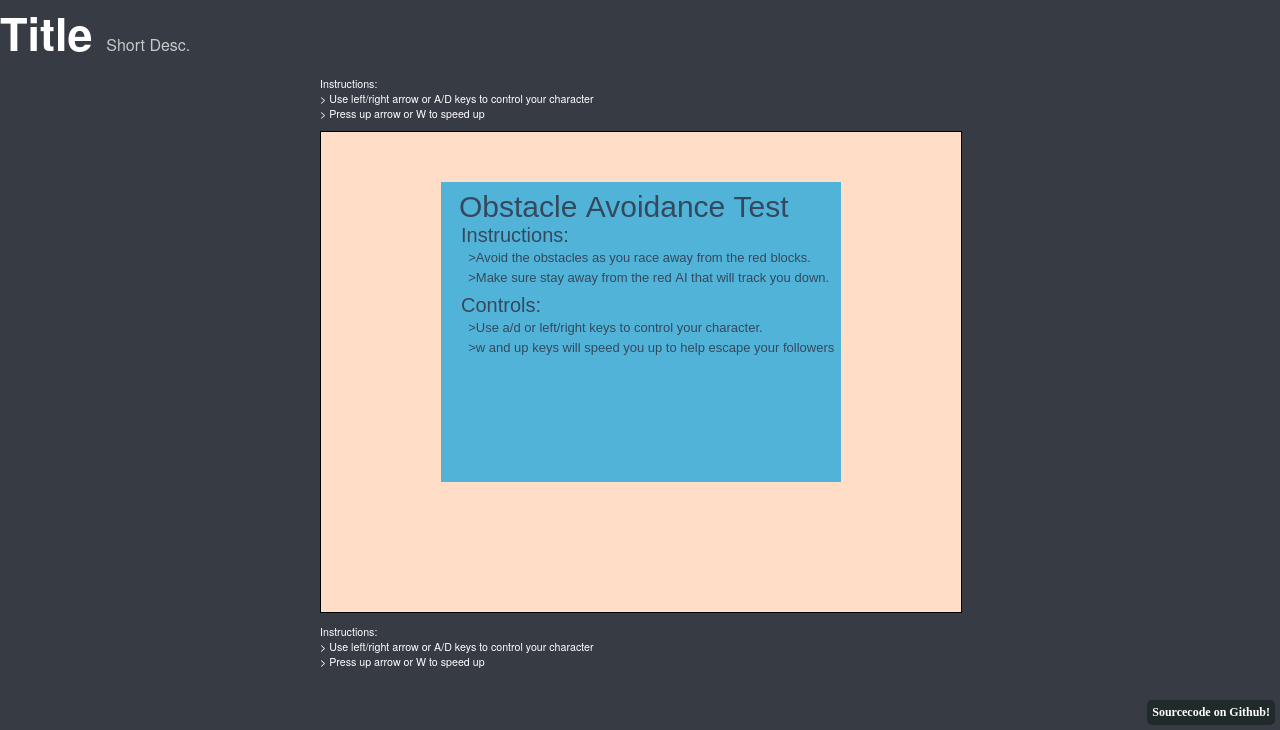
Repository: u1tralord/Avoidance-AI-Test
Page: client/index.html
The author's editor kept a record of every edit. The page is drawn from the files as they stood at one moment, then again after the next edit.
The browser window is 1280 px wide. The pictures show the whole page.
Some web libraries are served in a nearby version.

Above is the page before.
Console error: TypeError: Cannot read properties of undefined (reading 'webkit')

After the next edit:
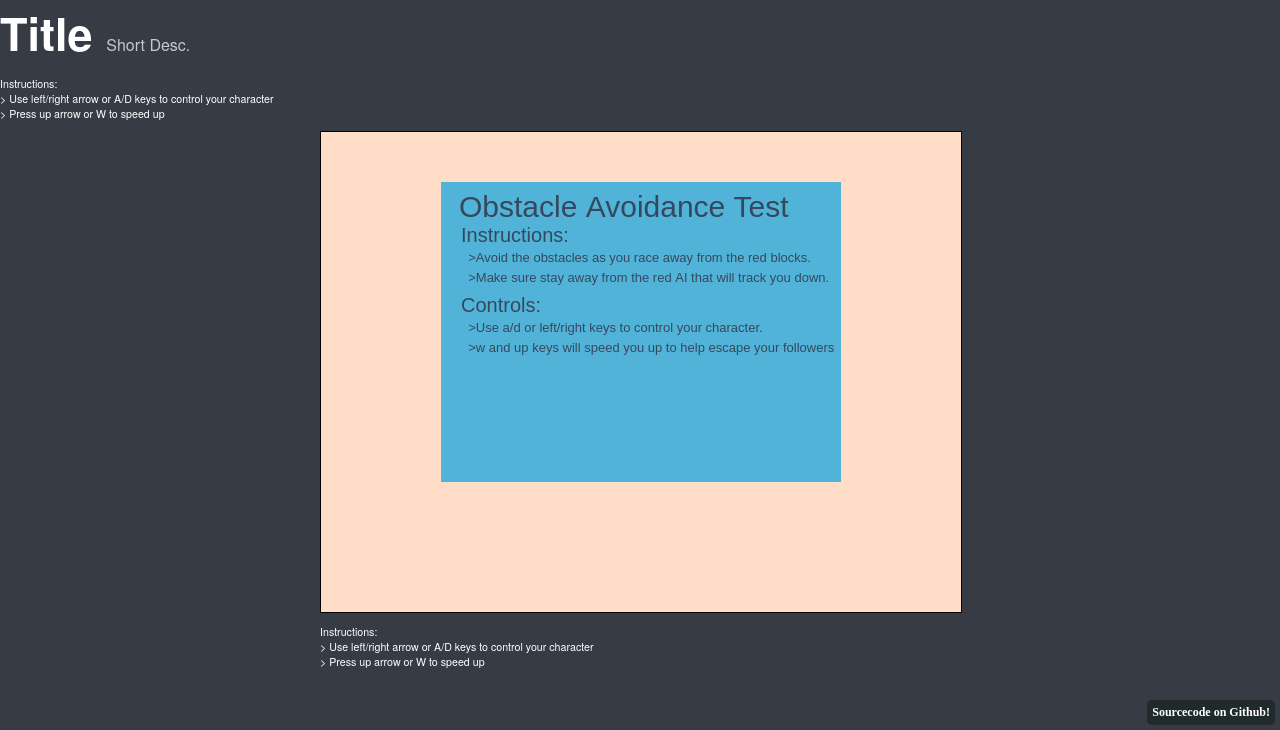
The edit:
--- a/client/index.html
+++ b/client/index.html
@@ -29,14 +29,14 @@
 			<section>
 				<div class="content">
 					<div id="sidebarElement">
-
-					</div>
-					<div id="game">
 						<p id = "instructions">
 							Instructions:<br>
 							> Use left/right arrow or A/D keys to control your character <br>
 							> Press up arrow or W to speed up
 						</p>
+					</div>
+					<div id="game">
+
 					</div>
 				</div>
 			</section>
